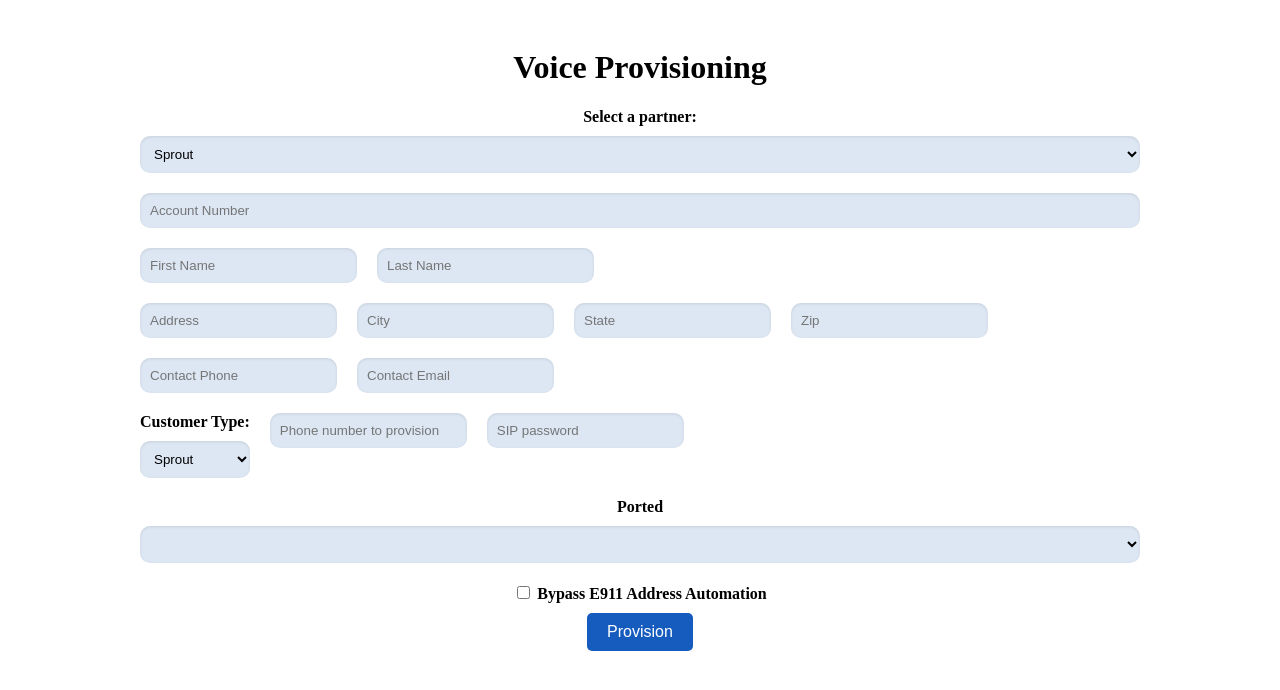
Repository: smallchungus/logiccom
Page: /
The author's editor kept a copy of each file at every save. The page is drawn from the files as they stood at one save, then again after the next save.
The browser window is 1280 px wide. The pictures show the whole page.
The project was rebuilt for these pictures with package versions that can differ from the ones it lists, and the page was loaded fresh each time. Also part of the build but not shown: vite.config.ts.

Above is the page before, as saved 2023-05-04 12:12:50.

### src/App.vue
<style src="./styles.css"></style>


<template>


<form>
  <header>
    <h1>Voice Provisioning</h1>
  </header>
      <div class="form-group">
        <label for="partner">Select a partner:</label>
        <select id="partner" name="partner">
          <option value="Sprout">Sprout</option>
          <option value="option2">Option 2</option>
        </select>
      </div>

      <div class="form-group">
        <input type="text" id="accountNum" name="accountNum" placeholder="Account Number">
      </div>

    <div class="form-row">
      <div class="form-group">
        <input type="text" id="firstName" name="firstName" placeholder="First Name" class="inline">
      </div>

      <div class="form-group">
        <input type="text" id="lastName" name="lastName" placeholder="Last Name" class="inline">
      </div>
    </div>

    <div class="form-row">
      <div class="form-group">
        <input type="text" id="address" name="address" placeholder="Address">
      </div>

      <div class="form-group">
        <input type="text" id="city" name="city" placeholder="City">
      </div>

      <div class="form-group">
        <input type="text" id="state" name="state" placeholder="State">
      </div>

      <div class="form-group">
        <input type="text" id="zip" name="zip" placeholder="Zip">
      </div>
    </div>

    <div class="form-row">
      <div class="form-group">
        <input type="text" id="contactPhone" name="contactPhone" placeholder="Contact Phone">
      </div>

      <div class="form-group">
        <input type="text" id="contactEmail" name="contactEmail" placeholder="Contact Email">
      </div>
    </div>

    <div class="form-row">
      <div class="form-group">
        <label for="customerType">Customer Type:</label>
        <select id="customerType" name="customerType">
          <option value="Sprout">Sprout</option>
          <option value="option2">Option 2</option>
        </select>
      </div>

      <div class="form-group">
        <input type="text" id="phoneToProv" name="phoneToProv" placeholder="Phone number to provision">
      </div>

      <div class="form-group">
        <input type="password" id="sipPassword" name="sipPassword" placeholder="SIP password">
      </div>
    </div>

    <label for="ported">Ported</label>
    <select id="ported" name="ported">
      <option value=""></option>
      <option value="option2">Option 2</option>
    </select>

    <label>
      <input type="checkbox" >
      Bypass E911 Address Automation
    </label>

    <button type="submit">Provision</button>
  </form>
</template>

### src/styles.css
header {
    text-align: center;
    margin: 0 auto;
  }

  body {
    text-align: center;
  }

  form {
    /* background-color: #f7f7f7; */
    border-radius: 5px;
    padding: 20px;
    margin: 0 auto;
    max-width: 1000px;
  }

  .form-row {
    display: flex;
    flex-wrap: wrap;
  }

  .form-row .form-group {
    /* width: calc(50% - 10px); */
    margin-right: 20px;
  }

  /* .form-row .form-group:last-child {
    margin-right: 0;
  } */

  label {
    display: block;
    font-weight: bold;
    margin-bottom: 10px;
  }

  input[type="text"],
  input[type="password"],
  select {
    box-sizing: border-box; /* add this line */
    background-color: #dde7f4;
    width: 100%;
    padding: 10px;
    border: none;
    border-radius: 10px;
    margin-bottom: 20px;
    box-shadow: inset 0px 1px 3px rgba(0, 0, 0, 0.1);
  }

  input[type="text"].inline {
    display: inline-block;
    /* width: calc(50% - 10px); */
    margin-right: 20px;
  }

  /* input[type="text"].inline:last-child {
    margin-right: 0;
  } */

  button[type="submit"] {
    background-color: #165cbe;
    color: #fff;
    border: none;
    border-radius: 5px;
    padding: 10px 20px;
    font-size: 16px;
    cursor: pointer;
  }

  @media (min-width: 1024px) {
    header {
      display: flex;
      justify-content: center;
      align-items: center;
    }
  }

Loaded but not shown: index.html (common file); src/main.ts (common file)

After the next save:
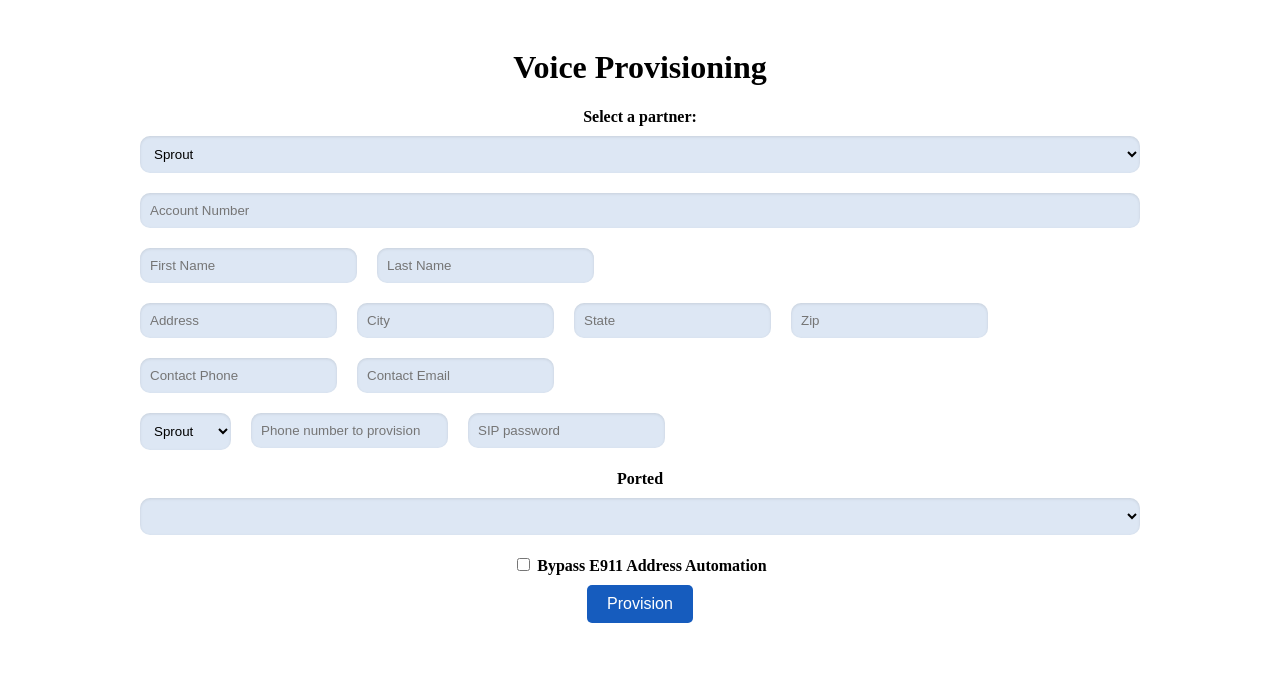
Saved 14 s later.
--- a/src/App.vue
+++ b/src/App.vue
@@ -60,7 +60,7 @@
 
     <div class="form-row">
       <div class="form-group">
-        <label for="customerType">Customer Type:</label>
+        <!-- <label for="customerType">Customer Type:</label> -->
         <select id="customerType" name="customerType">
           <option value="Sprout">Sprout</option>
           <option value="option2">Option 2</option>
